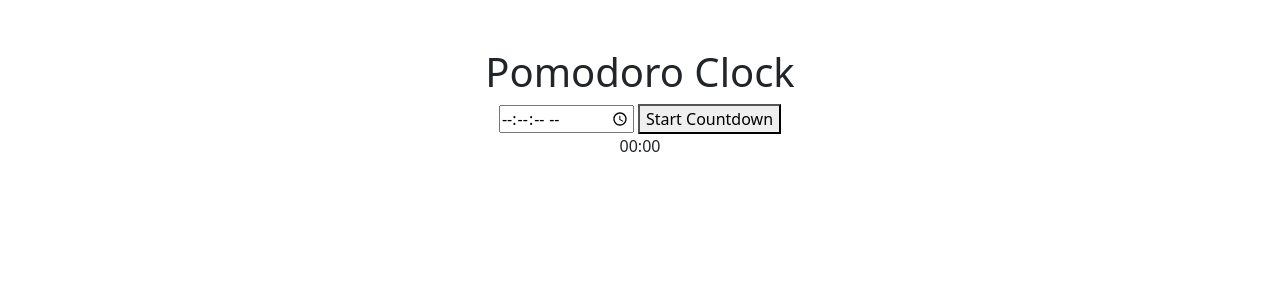
Repository: jobid0212/pomodoro-clock
Page: http://localhost/
The author's editor kept a copy of each file at every save. The page is drawn from the files as they stood at one save, then again after the next save.
The browser window is 1280 px wide. The pictures show the whole page.
The page is served by the project's application, run on Flask 3 (app.py).

Above is the page before, as saved 2026-02-06 15:09:21.

### templates/index.html
<!DOCTYPE html>

<html lang="en">
    <head>

        <meta charset="utf-8">
        <meta name="viewport" content="initial-scale=1, width=device-width">

        <!-- http://getbootstrap.com/docs/5.3/ -->
        <link href="https://cdn.jsdelivr.net/npm/bootstrap@5.3.8/dist/css/bootstrap.min.css" rel="stylesheet" integrity="sha384-sRIl4kxILFvY47J16cr9ZwB07vP4J8+LH7qKQnuqkuIAvNWLzeN8tE5YBujZqJLB" crossorigin="anonymous">
        <script src="https://cdn.jsdelivr.net/npm/bootstrap@5.3.8/dist/js/bootstrap.bundle.min.js" integrity="sha384-FKyoEForCGlyvwx9Hj09JcYn3nv7wiPVlz7YYwJrWVcXK/BmnVDxM+D2scQbITxI" crossorigin="anonymous"></script>

         <link href="static/css/styles.css" rel="stylesheet">

         <title>Pomodoro Clock</title>

    </head>

    <body>
        <main class="container py-5 text-center">
            <body>
                <div>
                    <h1>Pomodoro Clock</h1>
                </div>
                <div class="timer-wrapper">
                    <input type="time" id="minutesInput" placeholder="Min" min="00:01" step="1">
                    <button onclick="startTimer('study')">Start Countdown</button>

                    <div id="display">
                        00:00
                    </div>

                </div>
            </body>
        </main>
        <script src="static/js/script.js" defer></script>
    </body>
</html>

### app.py
from flask import Flask, flash, redirect, render_template, request

# Flask run --debug
app = Flask(__name__)


@app.route('/')
def index():
    return render_template("index.html")

### static/js/script.js
let countdown;

function startTimer(phase) {
    // "Kill Switch" to stop any running timers
    clearInterval(countdown);

    const minutes = document.getElementById('minutesInput').value;
    if (!minutes) return alert("Enter time!");

    const now = Date.now();
    const then = now + minutes * 60  * 1000;
    displayTimeLeft(minutes * 60);

    countdown = setInterval(function () {
        const secondsLeft = Math.round((then - Date.now()) / 1000);

        if (secondsLeft < 0) {
            clearInterval(countdown);
            if (phase == "study"){
                alert("Start Break!");
                startTimer("break");
            } else {
                alert("Break Over!");
                return;
            }

        }

        displayTimeLeft(secondsLeft);
    }, 1000);

}

function displayTimeLeft(seconds) {
    const minutes = Math.floor(seconds / 60);
    const remainderSeconds = seconds % 60;
    // For ternary operator: If remainderSeconds < 10, append '0', else append ''
    // Then it appends value of remainderSeconds
    const display = `${minutes}:${remainderSeconds < 10 ? '0' : ''}${remainderSeconds}`;
    document.getElementById('display').textContent = display;
}

Loaded but not shown: static/css/styles.css (no copy from this time; the picture is the same without it)

After the next save:
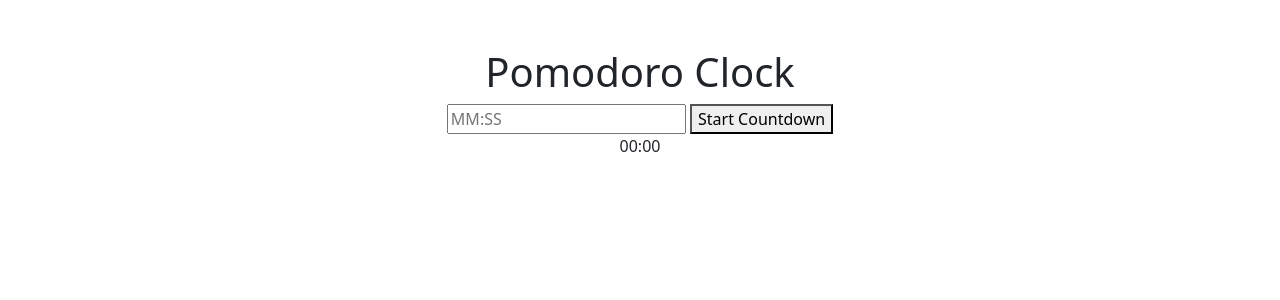
Saved 2 min 43 s later.
--- a/templates/index.html
+++ b/templates/index.html
@@ -23,7 +23,9 @@
                     <h1>Pomodoro Clock</h1>
                 </div>
                 <div class="timer-wrapper">
-                    <input type="time" id="minutesInput" placeholder="Min" min="00:01" step="1">
+                    <input type="text" id="durationInput"
+                           pattern="[0-5][0-9]:[0-5][0-9]"
+                           placeholder="MM:SS">
                     <button onclick="startTimer('study')">Start Countdown</button>
 
                     <div id="display">
